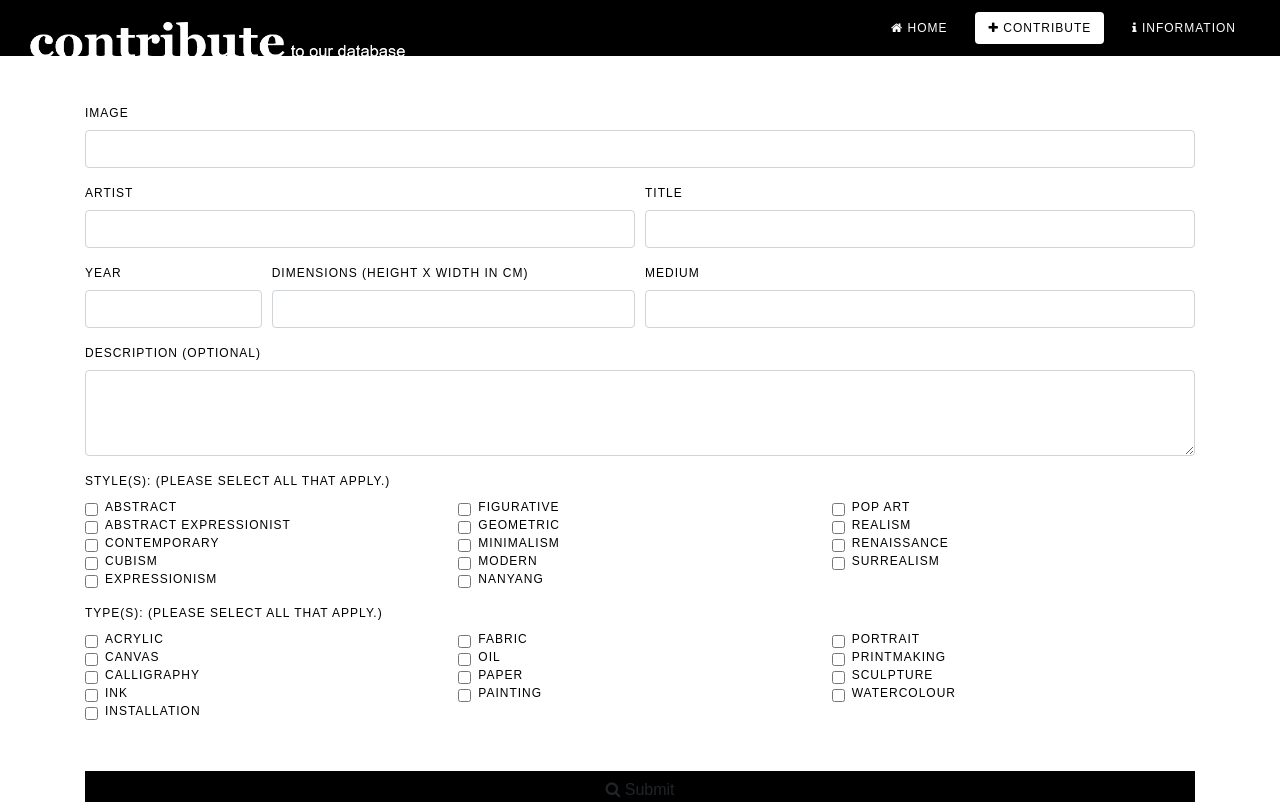
Repository: lynette-lyf/artwork-inventory
Page: http://localhost/add-artwork
The author's editor kept a record of every edit. The page is drawn from the files as they stood at one moment, then again after the next edit.
The browser window is 1280 px wide. The pictures show the whole page.
The page is served by the project's application, run on Flask 3 (app.py).

Above is the page before.

### templates/add_artwork.template.html
<!doctype html>
<html lang="en">
  <head>
    <!-- Required meta tags -->
    <meta charset="utf-8">
    <meta name="viewport" content="width=device-width, initial-scale=1, shrink-to-fit=no">

    <!-- Bootstrap CSS -->
    <link rel="stylesheet" href="https://stackpath.bootstrapcdn.com/bootstrap/4.3.1/css/bootstrap.min.css" integrity="sha384-ggOyR0iXCbMQv3Xipma34MD+dH/1fQ784/j6cY/iJTQUOhcWr7x9JvoRxT2MZw1T" crossorigin="anonymous">
    <!-- Font Awesome CSS -->
    <link href="https://maxcdn.bootstrapcdn.com/font-awesome/4.7.0/css/font-awesome.min.css" rel="stylesheet"/>
    <!-- Google Fonts API -->
    <link href="https://fonts.googleapis.com/css?family=Work+Sans:300,600,800&display=swap" rel="stylesheet">
    <link rel="stylesheet" type="text/css" href="/static/css/style.css">

    <title>Contribute an artwork</title>
  <style>
       body {
    font-family: Arial;
    font-size: 12px;
    color: black;
    text-transform: uppercase;
    letter-spacing:1px;
}

::-webkit-scrollbar {
  width: 5px;
  height: 5px;
  border-left: 0;
  background: white;
}

::-webkit-scrollbar-track {
  background: white;
}

::-webkit-scrollbar-thumb {
  background: black;
  border-radius: 0;
}

.navbar-default {
    background-color: black;
}


#logo {
    position: absolute;
    z-index:1;
    top:-3px;

}

#contribute {
  font-family: Arial;
    color: black;
    text-decoration: none;
    text-transform: uppercase;
    font-size: 12px;
    letter-spacing:1px;
    background-color: white;
    margin-right:15px;
}

#home, #information {
    font-family: Arial;
    color: white;
    text-decoration: none;
    text-transform: uppercase;
    font-size: 12px;
    letter-spacing:1px;
    background-color: black;
    margin-right:15px;
}

#submit {
    font-family: Arial;
    color: white;
    text-decoration: none;
    text-transform: uppercase;
    font-size: 12px;
    letter-spacing:1px;
    background-color: black;
}

#home:hover, #information:hover, #submit:hover {
    background-color: white;
    color:black;
}




@media (max-width: 994px) {
    .img-fluid {
        max-width:100%
    }

    #home {
        margin-top:2rem;
    }
}

@media screen and (min-width: 995px) {
    .navbar-nav {
        align-items: end;
    }

    .img-fluid {
        max-height:500px;
        max-width:500px
    }
}

  </style>

  </head>


  <body>


    <img id="logo" style="max-height:100px;" src="static/img/contribute-artwork.png"/>

<nav class="navbar navbar-expand-lg navbar-default">
  <a class="navbar-brand" href="#">&nbsp;</a>
  <button class="navbar-toggler" type="button" data-toggle="collapse" data-target="#navbarSupportedContent" aria-controls="navbarSupportedContent" aria-expanded="false" aria-label="Toggle navigation">
    <span class="navbar-toggler-icon"> <i class="fa fa-bars" style="color:#fff; font-size:28px;"></i></span>
  </button>

  <div class="collapse navbar-collapse justify-content-end" id="navbarSupportedContent">
    <ul class="navbar-nav">
      <li class="nav-item">
          <a href="#" id="home" class="btn btn-default"><i class="fa fa-home"></i>    Home</a>
      </li>
      <li class="nav-item">
          <div id="contribute" class="btn btn-default" aria-disabled="true"><i class="fa fa-plus"></i>    Contribute</div>
      </li>
      <li class="nav-item">
        <a href="#" id="information" class="btn btn-default"><i class="fa fa-info"></i>    Information</a>
      </li>
    </ul>

        </div>
  </div>
</nav>


















    <div class='container'>

        <form class='form pt-5' method="POST">


          <div class='form-row'>
              <div class='col-12 mb-3'>
                <label>Image</label>
                <input type='text' class='form-control' name='image' required/>
            </div>



            <div class='col-6 mb-3'>
                <label>Artist</label>
                <input type='text' class='form-control' name='artist' required/>
            </div>
            <div class='col-6 mb-3'>
                <label>Title</label>
                <input type='text' class='form-control' name='title' required/>
            </div>
          </div>

          <div class='form-row'>
            <div class='col-2 mb-3'>
                <label>Year</label>
                <input type='number' class='form-control' maxlength='4' min='1000' max='2019' name='year' required/>
            </div>
            <div class='col-4 mb-3'>
                <label>Dimensions (height x width in cm)</label>
                <input type='text' class='form-control' name='dimensions' required/>
            </div>
            <div class='col-6 mb-3'>
                <label>Medium</label>
                <input type='text' class='form-control' name='medium' required/>
            </div>
          </div>

            <div class='form-group'>
                <label>Description (optional)</label>
                <textarea class="form-control" rows="3" name='description'></textarea>
            </div>

          <div class='form-row'>
            <div class='col-12'>
           <label>Style(s): (Please select all that apply.)</label>
           </div>
           </div>

            <div class='form-row'>
            <div class='col-4'>



            <div class="form-check">
            <input class="form-check-input" type='checkbox' value='Abstract' id="type" name="type">
            <label class="form-check-label" for="Abstract">Abstract</label>
            </div>

            <div class="form-check">
            <input class="form-check-input" type='checkbox' value='Abstract Expressionist' id="type" name="type">
            <label class="form-check-label" for="Abstract Expressionist">Abstract Expressionist</label>
            </div>

            <div class="form-check">
            <input class="form-check-input" type='checkbox' value='Contemporary' id="type" name="type">
            <label class="form-check-label" for="Contemporary">Contemporary</label>
            </div>

            <div class="form-check">
            <input class="form-check-input" type='checkbox' value='Cubism' id="type" name="type">
            <label class="form-check-label" for="Cubism">Cubism</label>
            </div>

            <div class="form-check">
            <input class="form-check-input" type='checkbox' value='Expressionism' id="type" name="type">
            <label class="form-check-label" for="Expressionism">Expressionism</label>
            </div>

            </div>

            <div class='col-4'>

            <div class="form-check">
            <input class="form-check-input" type='checkbox' value='Figurative' id="type" name="type">
            <label class="form-check-label" for="Figurative">Figurative</label>
            </div>

            <div class="form-check">
            <input class="form-check-input" type='checkbox' value='Geometric' id="type" name="type">
            <label class="form-check-label" for="Geometric">Geometric</label>
            </div>

            <div class="form-check">
            <input class="form-check-input" type='checkbox' value='Minimalism' id="type" name="type">
            <label class="form-check-label" for="Minimalism">Minimalism</label>
            </div>

            <div class="form-check">
            <input class="form-check-input" type='checkbox' value='Modern' id="type" name="type">
            <label class="form-check-label" for="Modern">Modern</label>
            </div>

            <div class="form-check">
            <input class="form-check-input" type='checkbox' value='Nanyang' id="type" name="type">
            <label class="form-check-label" for="Nanyang">Nanyang</label>
            </div>

            </div>

            <div class='col-4'>

            <div class="form-check">
            <input class="form-check-input" type='checkbox' value='Pop Art' id="type" name="type">
            <label class="form-check-label" for="Pop Art">Pop Art</label>
            </div>

            <div class="form-check">
            <input class="form-check-input" type='checkbox' value='Realism' id="type" name="type">
            <label class="form-check-label" for="Realism">Realism</label>
            </div>

            <div class="form-check">
            <input class="form-check-input" type='checkbox' value='Renaissance' id="type" name="type">
            <label class="form-check-label" for="Renaissance">Renaissance</label>
            </div>

            <div class="form-check">
            <input class="form-check-input" type='checkbox' value='Surrealism' id="type" name="type">
            <label class="form-check-label" for="Surrealism">Surrealism</label>
            </div>




            </div>
            </div>

            <div class='form-row'>
            <div class='col-12 pt-3'>

           <label>Type(s): (Please select all that apply.)</label>
           </div>
           </div>

            <div class='form-row pb-5'>
            <div class='col-4'>

            <div class="form-check">
            <input class="form-check-input" type='checkbox' value='Acrylic' id="type" name="type">
            <label class="form-check-label" for="Acrylic">Acrylic</label>
            </div>

            <div class="form-check">
            <input class="form-check-input" type='checkbox' value='Canvas' id="type" name="type">
            <label class="form-check-label" for="Canvas">Canvas</label>
            </div>

            <div class="form-check">
            <input class="form-check-input" type='checkbox' value='Calligraphy' id="type" name="type">
            <label class="form-check-label" for="Calligraphy">Calligraphy</label>
            </div>

            <div class="form-check">
            <input class="form-check-input" type='checkbox' value='Ink' id="type" name="type">
            <label class="form-check-label" for="Ink">Ink</label>
            </div>

            <div class="form-check">
            <input class="form-check-input" type='checkbox' value='Installation' id="type" name="type">
            <label class="form-check-label" for="Installation">Installation</label>
            </div>

            </div>

            <div class='col-4'>

            <div class="form-check">
            <input class="form-check-input" type='checkbox' value='Fabric' id="type" name="type">
            <label class="form-check-label" for="Fabric">Fabric</label>
            </div>

            <div class="form-check">
            <input class="form-check-input" type='checkbox' value='Oil' id="type" name="type">
            <label class="form-check-label" for="Oil">Oil</label>
            </div>

            <div class="form-check">
            <input class="form-check-input" type='checkbox' value='Paper' id="type" name="type">
            <label class="form-check-label" for="Paper">Paper</label>
            </div>

            <div class="form-check">
            <input class="form-check-input" type='checkbox' value='Painting' id="type" name="type">
            <label class="form-check-label" for="Painting">Painting</label>
            </div>

            </div>

            <div class='col-4'>

            <div class="form-check">
            <input class="form-check-input" type='checkbox' value='Portrait' id="type" name="type">
            <label class="form-check-label" for="Portrait">Portrait</label>
            </div>

            <div class="form-check">
            <input class="form-check-input" type='checkbox' value='Printmaking' id="type" name="type">
            <label class="form-check-label" for="Printmaking">Printmaking</label>
            </div>

            <div class="form-check">
            <input class="form-check-input" type='checkbox' value='Sculpture' id="type" name="type">
            <label class="form-check-label" for="Sculpture">Sculpture</label>
            </div>

            <div class="form-check">
            <input class="form-check-input" type='checkbox' value='Watercolour' id="type" name="type">
            <label class="form-check-label" for="Watercolour">Watercolour</label>
            </div>

            </div>
            </div>



          <div class="col-12 text-center" id="submit">
             <button type="submit" class="btn btn-default">
                <i class="fa fa-search"></i>    Submit
              </button>
          </div>
        </form>
    </div>

    <!-- Optional JavaScript -->
    <!-- jQuery first, then Popper.js, then Bootstrap JS -->
    <script src="https://code.jquery.com/jquery-3.3.1.slim.min.js" integrity="sha384-q8i/X+965DzO0rT7abK41JStQIAqVgRVzpbzo5smXKp4YfRvH+8abtTE1Pi6jizo" crossorigin="anonymous"></script>
    <script src="https://cdnjs.cloudflare.com/ajax/libs/popper.js/1.14.7/umd/popper.min.js" integrity="sha384-UO2eT0CpHqdSJQ6hJty5KVphtPhzWj9WO1clHTMGa3JDZwrnQq4sF86dIHNDz0W1" crossorigin="anonymous"></script>
    <script src="https://stackpath.bootstrapcdn.com/bootstrap/4.3.1/js/bootstrap.min.js" integrity="sha384-JjSmVgyd0p3pXB1rRibZUAYoIIy6OrQ6VrjIEaFf/nJGzIxFDsf4x0xIM+B07jRM" crossorigin="anonymous"></script>
  </body>
</html>

### app.py
from flask import Flask, render_template, request, redirect, url_for, flash
import os
from bson import ObjectId
import re

import pymongo

MONGO_URI = os.getenv('MONGO_URI')
DATABASE_NAME = 'artworksAndConsigners'

conn = pymongo.MongoClient(MONGO_URI)

def get_connection():
    conn = pymongo.MongoClient(MONGO_URI)
    return conn

app = Flask(__name__)

# READ**************************************************************************

@app.route('/')
def index():
    search_terms = request.args.get('search-by')
    filter = request.args.getlist('filter')

    all_styles = ['Abstract', 'Abstract Expressionist', 'Contemporary', 'Cubism', 'Expressionism', 'Figurative', 'Geometric', 'Minimalism', 'Modern', 'Nanyang', 'Pop Art', 'Realism', 'Renaissance', 'Surrealism']
    all_types = ['Acrylic', 'Canvas', 'Calligraphy', 'Ink', 'Installation', 'Fabric', 'Oil', 'Paper', 'Painting', 'Portrait', 'Printmaking', 'Sculpture', 'Watercolour']

    search_criteria = {}
    print (search_criteria)
    if search_terms is not None and search_terms is not "":
        search_criteria["title"] = re.compile(r'{}'.format(search_terms), re.I)

    if len(filter) > 0:
        search_criteria['all_styles', 'all_types'] = {
            '$all' : filter
        }

    print (search_criteria)

    if search_terms is None:
        search_terms = ""

    conn = get_connection()
    artworksAndConsigners = conn[DATABASE_NAME]['artworksAndConsigners'].find(search_criteria)
    return render_template('index.template.html', results=artworksAndConsigners, search_terms=search_terms, filter=filter, all_styles=all_styles, all_types=all_types)

# CREATE************************************************************************

@app.route('/add-artwork')
def show_add_artwork_form():
    return render_template('add_artwork.template.html')

@app.route('/add-artwork', methods=['POST'])
def process_add_artwork_form():
    image = request.form.get('image')
    artist = request.form['artist']
    title = request.form['title']
    year = request.form['year']
    dimensions = request.form['dimensions']
    medium = request.form['medium']
    description = request.form['description']
    type = request.form.getlist('type')

    conn = get_connection()
    conn[DATABASE_NAME]['artworksAndConsigners'].insert({
        "image" : image,
        "artist" : artist,
        "title" : title,
        "year" : year,
        "dimensions" : dimensions,
        "medium" : medium,
        "description" : description,
        "type" : type
    })

    return redirect("/")

# UPDATE************************************************************************

@app.route('/edit-artwork/<artwork_id>')
def show_edit_artwork_form(artwork_id):
    conn = get_connection()
    artwork = conn[DATABASE_NAME]['artworksAndConsigners'].find_one({
        '_id': ObjectId(artwork_id)
    })

    results = artwork['type']
    all_styles = ['Abstract', 'Abstract Expressionist', 'Contemporary', 'Cubism', 'Expressionism', 'Figurative', 'Geometric', 'Minimalism', 'Modern', 'Nanyang', 'Pop Art', 'Realism', 'Renaissance', 'Surrealism']
    all_types = ['Acrylic', 'Canvas', 'Calligraphy', 'Ink', 'Installation', 'Fabric', 'Oil', 'Paper', 'Painting', 'Portrait', 'Printmaking', 'Sculpture', 'Watercolour']

    return render_template('edit_artwork.template.html', artworksAndConsigners=artwork,
    selected_type=results, all_styles=all_styles, all_types=all_types)

@app.route("/edit-artwork/<artwork_id>", methods=['POST'])
def process_edit_artwork_form(artwork_id):
    image = request.form.get('image')
    artist = request.form['artist']
    title = request.form['title']
    year = request.form['year']
    dimensions = request.form['dimensions']
    medium = request.form['medium']
    description = request.form['description']
    type = request.form.getlist('type')

    conn = get_connection()
    conn[DATABASE_NAME]["artworksAndConsigners"].update({
        '_id': ObjectId(artwork_id)
    }, {
       "image" : image,
        "artist" : artist,
        "title" : title,
        "year" : year,
        "dimensions" : dimensions,
        "medium" : medium,
        "description" : description,
        "type": type
    })

    return redirect("/")


# DELETE************************************************************************

@app.route('/confirm-delete-artwork/<artwork_id>')
def confirm_delete_artwork(artwork_id):

    artwork = conn[DATABASE_NAME]["artworksAndConsigners"].find_one({
        '_id': ObjectId(artwork_id)
    }, {
        "title": 1,
        "artist": 1
    })

    return render_template('confirm_delete_artwork.template.html', artworksAndConsigners=artwork)

@app.route('/delete-artwork/<artwork_id>')
def delete_artwork(artwork_id):
    conn[DATABASE_NAME]["artworksAndConsigners"].delete_one({
        '_id': ObjectId(artwork_id)
    })

    return redirect('/')

# "magic code" -- boilerplate
if __name__ == '__main__':
    app.run(host=os.environ.get('IP'),
    port=int(os.environ.get('PORT')),
    debug=True)

### static/css/style.css
body {
    font-family: Arial;
    font-size: 15px;
    color: black;
}

::-webkit-scrollbar {
  width: 5px;
  height: 5px;
  border-left: 0;
  background: white;
}

::-webkit-scrollbar-track {
  background: white;
}

::-webkit-scrollbar-thumb {
  background: black;
  border-radius: 0;
}

.navbar-default {
    background-color: black;
}


#logo {
    position: absolute;
    z-index:1;
    top:-4px;
}

#home, #contribute, #information {
    font-family: Arial;
    color: white;
    text-decoration: none;
    text-transform: uppercase;
    font-size: 12px;
    letter-spacing:1px;
    background-color: black;
    margin-right:15px;
}

#submit {
    font-family: Arial;
    color: white;
    text-decoration: none;
    text-transform: uppercase;
    font-size: 12px;
    letter-spacing:1px;
    background-color: grey;
    margin-right:15px;
    border-radius:0px;
    height:31px;
    margin-top:3px;
}
#home:hover, #contribute:hover, #information:hover, #submit:hover {
    background-color: white;
    color:black;
}

#search-by {
    border-radius:0px;
    font-family: Arial;
    font-weight:bold;
    color: black;
    text-transform: uppercase;
    font-size: 12px;
    margin-top:3px;
    border-width:0px;
}

#caret-dropdown {
    color:grey;
    background-color:white;
    height:31px;
    margin-top:3px;
}

.dropdown.dropdown-lg .dropdown-menu {
    margin-top: -1px;
    padding: 4px 15px;
}

.btn-group .btn {
    border-radius: 0;
    margin-left: -1px;
}
.form-horizontal .form-group {
    margin-left: 0;
    margin-right: 0;
}

@media (max-width: 994px) {
    .img-fluid {
        max-width:100%
    }

    #home {
        margin-top:2rem;
    }
}

@media screen and (min-width: 995px) {
    .navbar-nav {
        align-items: end;
    }

    #boot-search-box {
        width: 500px;
        margin: 0 auto;
    }
    .dropdown.dropdown-lg {
        position: static !important;
    }
    .dropdown.dropdown-lg .dropdown-menu {
        min-width: 500px;
    }

    .img-fluid {
        max-height:500px;
        max-width:500px
    }
}

.artist {
    font-family: 'Work Sans', sans-serif;
    font-weight: 800;
    text-transform: uppercase;
    font-size: 3vh;
    line-height:10%;
    margin-top:15px;
}

.title {
    font-style: italic;
    font-family: 'Work Sans', sans-serif;
    font-weight: 600;
    text-transform: uppercase;
    font-size: 1.8vh;
    margin-right: 2px;
    line-height:10%;
}

.year {
    font-style: italic;
    font-family: 'Work Sans', sans-serif;
    font-weight: 400;
    font-size: 1.8vh;
    margin-right: 2px;
}

.medium, .dimensions {
    letter-spacing: 1px;
    margin-bottom:0px;
}

.description {
    text-align: justify;
    margin-top: 20px;
}

.tag-label {
    text-transform: uppercase;
    font-weight: bold;
    margin-bottom: 0px;
}

.tags {
    text-transform: uppercase;
    font-size: 12px;
    margin-top: 0px;
}

.action {
    text-decoration: none;
    color: black;
    font-family: Arial;
    text-transform: uppercase;
    font-size: 10px;
    margin:5px;
}

.action:hover {
    color:white;
    background-color:black;
    border-radius:0px;
    border-width:0px;;
}

After the next edit:
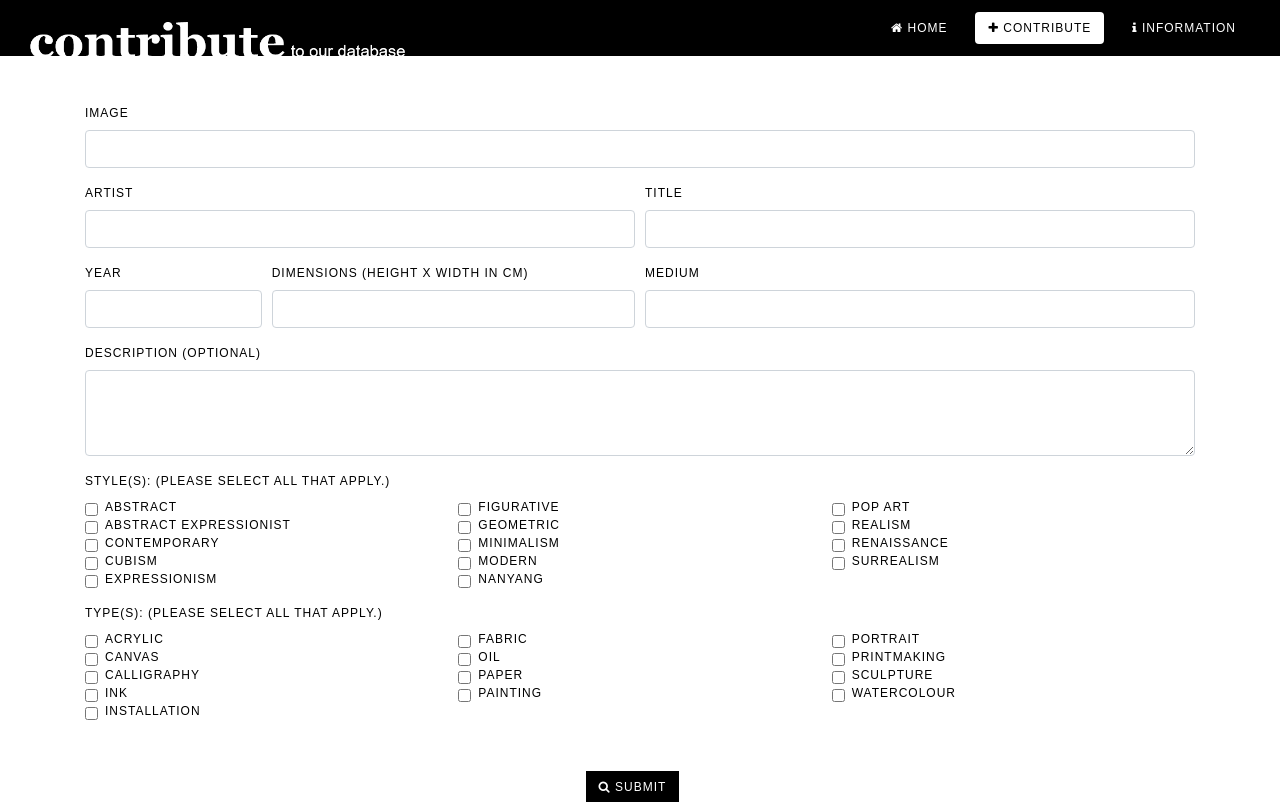
The edit:
--- a/templates/add_artwork.template.html
+++ b/templates/add_artwork.template.html
@@ -388,8 +388,8 @@
 
 
 
-          <div class="col-12 text-center" id="submit">
-             <button type="submit" class="btn btn-default">
+          <div class="col-12 text-center">
+             <button type="submit" id="submit" class="btn btn-default">
                 <i class="fa fa-search"></i>    Submit
               </button>
           </div>
